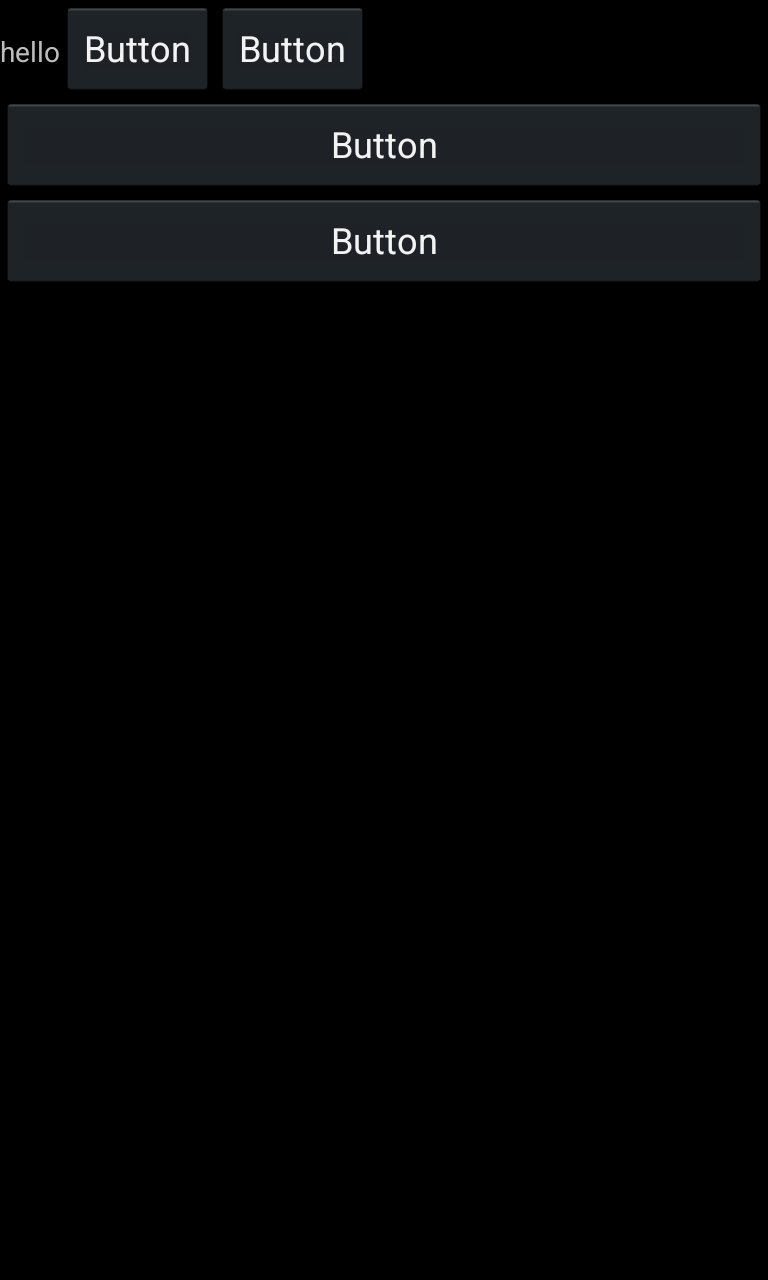
Repository: GuangmingChan/DevelopAndroidApp
Layout: demoTableLayout3/res/layout/main.xml
An editor plug-in stored every save of this project. The layout is shown before and after the next save, followed by the edit.
It is drawn on a 768 x 1280 px phone screen (xhdpi) without system bars, with theme android:Theme.Holo; the app's code is not run.

Above is the layout before, as saved 2017-03-28 02:58:39.

After the next save:
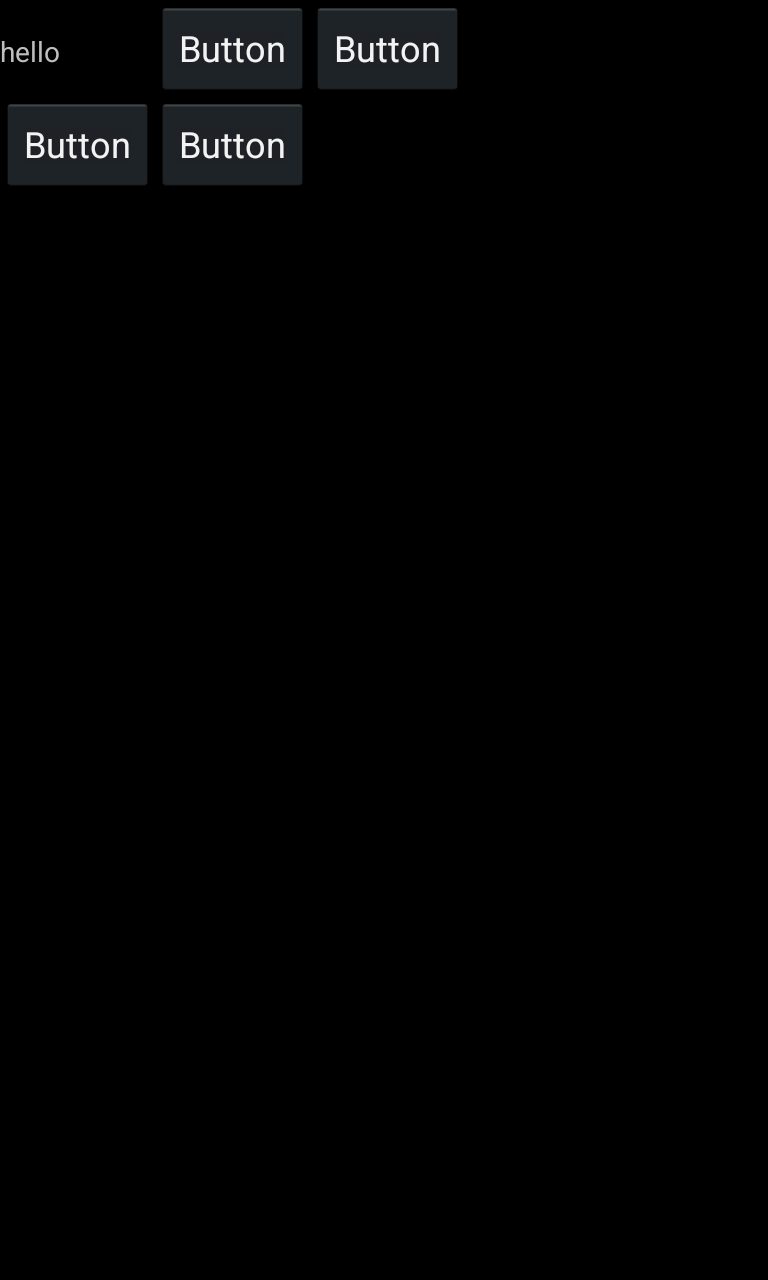
Saved 54 s later.
--- a/demoTableLayout3/res/layout/main.xml
+++ b/demoTableLayout3/res/layout/main.xml
@@ -23,8 +23,8 @@
         android:text="Button" />
     </TableRow>
 
-
-    <Button
+	<TableRow>
+	    <Button
         android:id="@+id/button3"
         android:layout_width="wrap_content"
         android:layout_height="wrap_content"
@@ -35,5 +35,7 @@
         android:layout_width="wrap_content"
         android:layout_height="wrap_content"
         android:text="Button" />
+	</TableRow>
+
 
 </TableLayout>
